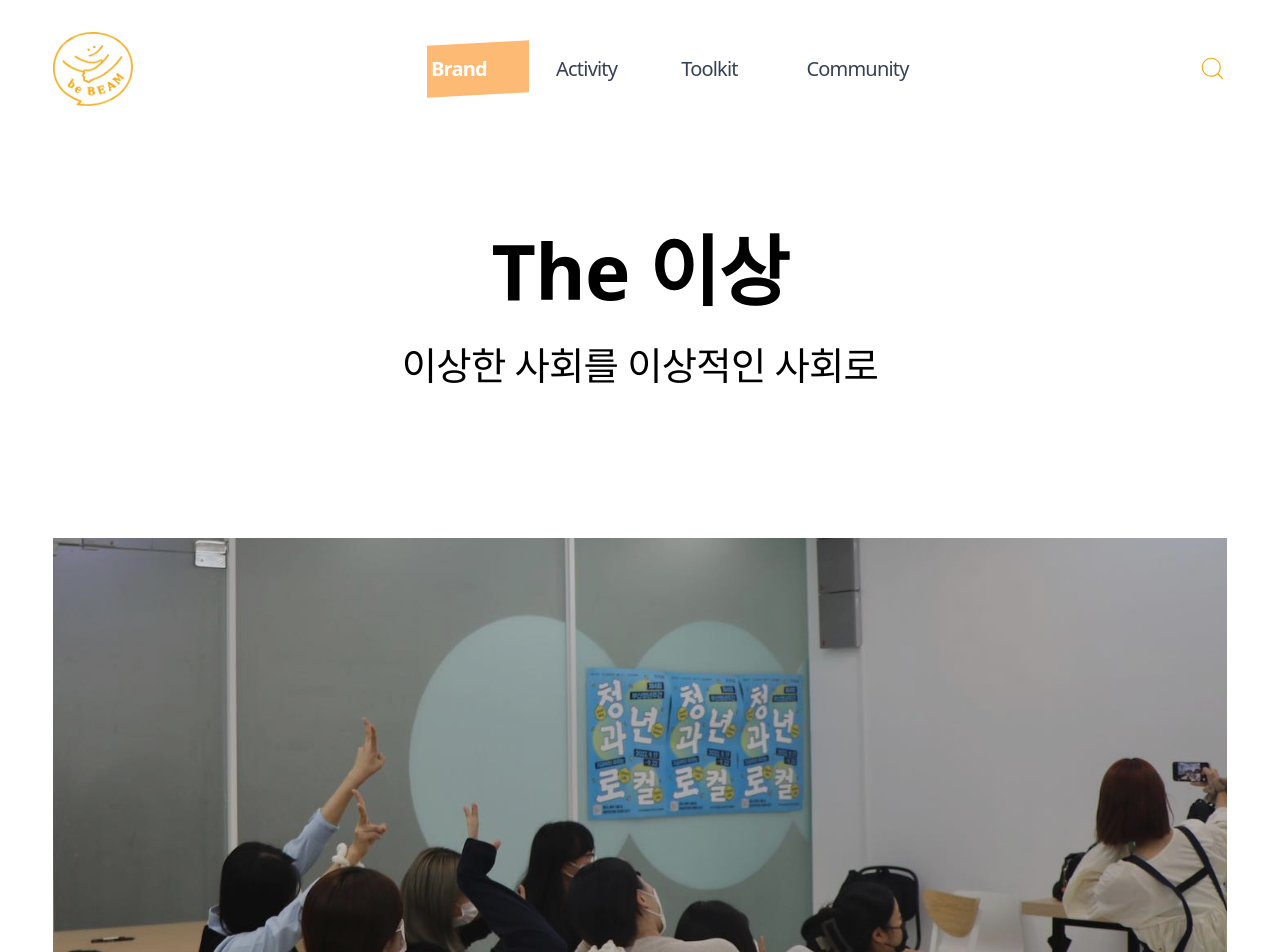
Repository: The-i-sang/BE-BEAM
Page: / (app in front/)
These files come from the project's save history. The page is drawn as it stood at one moment and after the next save; the edit follows.
The browser window is 1280 px wide. The pictures show the part of the page from y = 0 to 952 px (the page is 4402 px tall).
Backgrounds fixed to the window are drawn as part of the page. The project was rebuilt for these pictures with package versions that can differ from the ones it lists, and the page was loaded fresh each time. Also part of the build but not shown: front/src/page/NotFoundPage.jsx, front/src/component/NextArrow.jsx, front/src/component/PrevArrow.jsx, front/src/component/DetailSlider.jsx, front/src/page/Detail.jsx, front/src/component/ToolkitCard.jsx, front/src/component/SlideToolkitCard.jsx, front/src/component/BestToolkitSlider.jsx and 6 more. Imported but missing from the stored project, and not drawn on this page: front/src/config.

Above is the page before, as saved 2023-10-13 01:29:24.

After the next save:
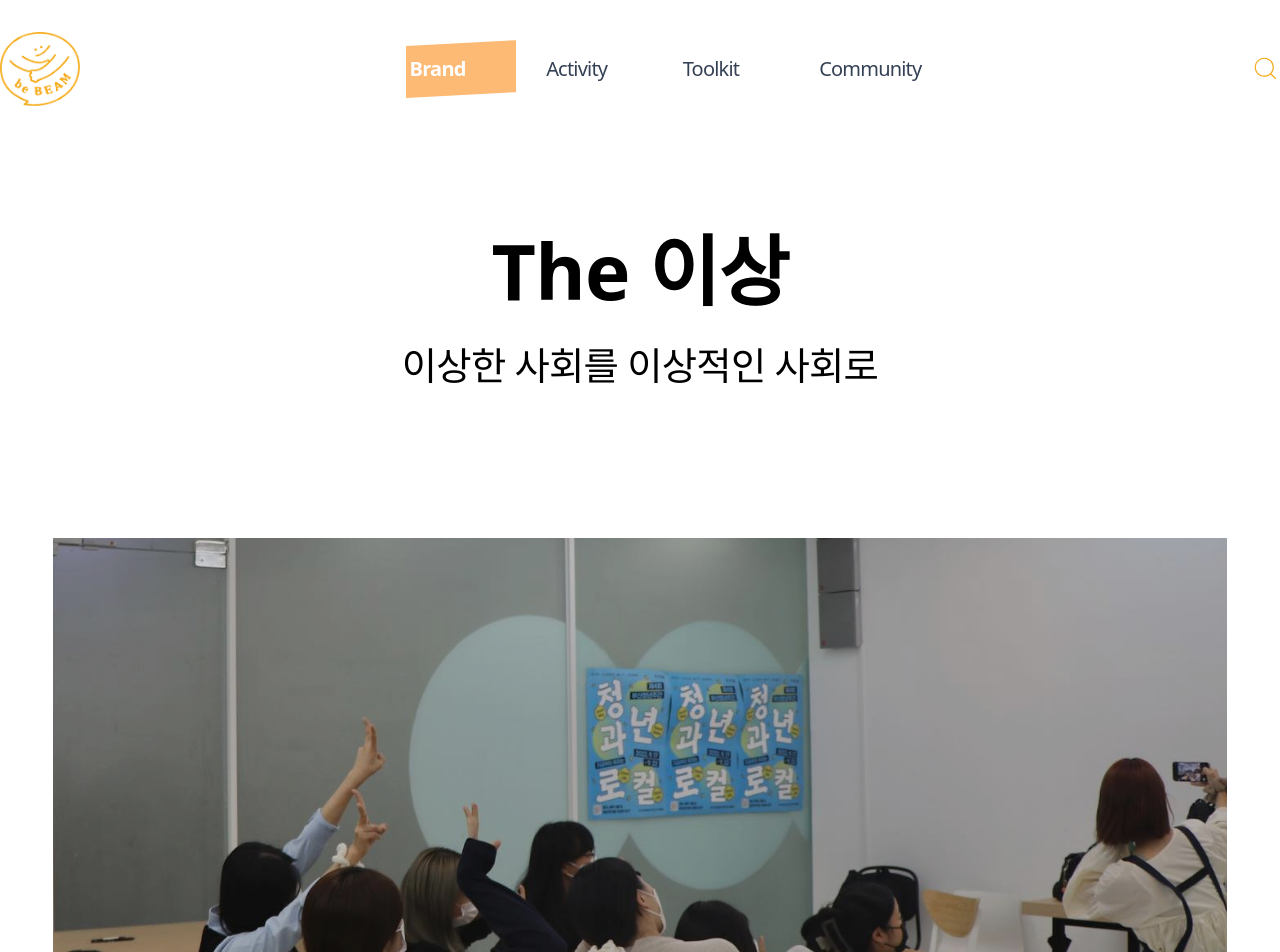
Saved 112 s later.
--- a/front/src/component/Navbar.jsx
+++ b/front/src/component/Navbar.jsx
@@ -21,7 +21,7 @@ export default function Navbar() {
 
   return (
     <div className="w-full">
-      <div className="w-11/12 mx-auto">
+      <div className="w-full max-w-[1400px] mx-auto">
         <div className="w-full py-8 flex justify-between items-center">
           <div
             className="lg:w-[80px] md:w-[13%] sm:w-[15%] w-[20%]"
